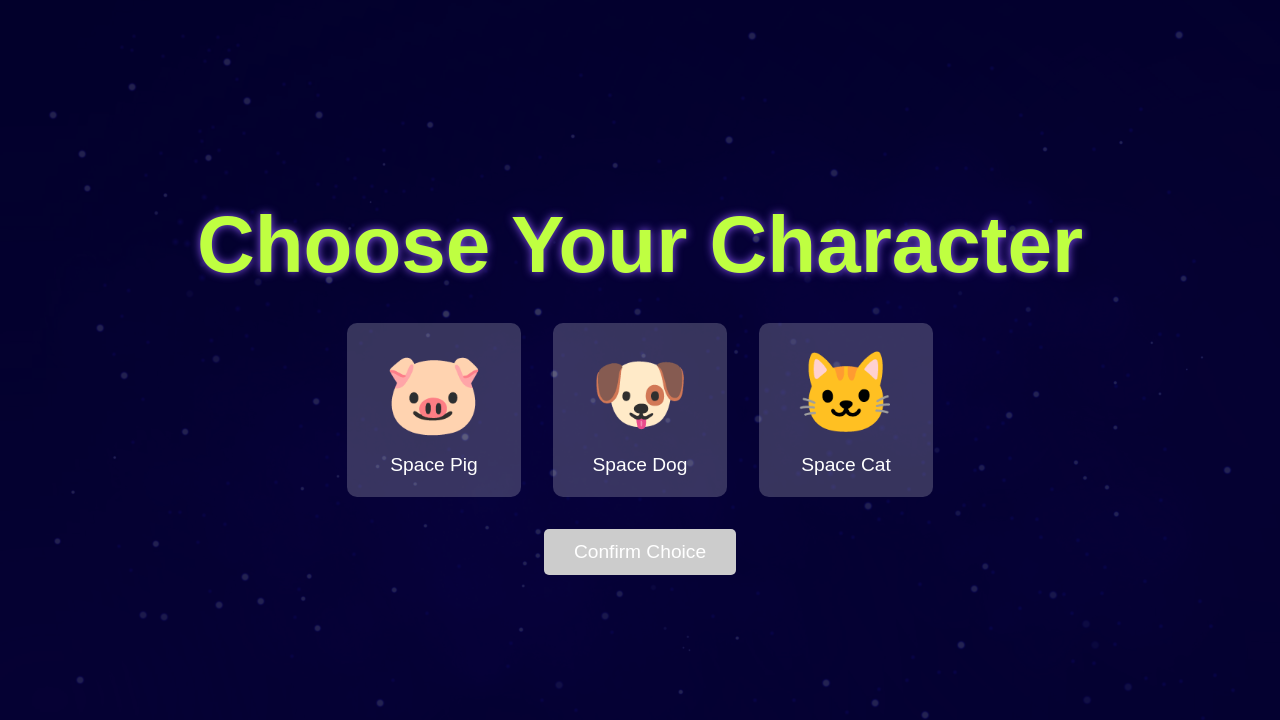
Repository: brunaguarizo/SpaceFarm
Page: index.html
An editor plug-in stored every save of this project. The page is shown before and after the next save, followed by the edit.
The browser window is 1280 px wide. The pictures show the whole page.
Some web fonts or font styles are not loaded; a fallback is used.

Above is the page before, as saved 2025-04-24 11:15:20.

After the next save:
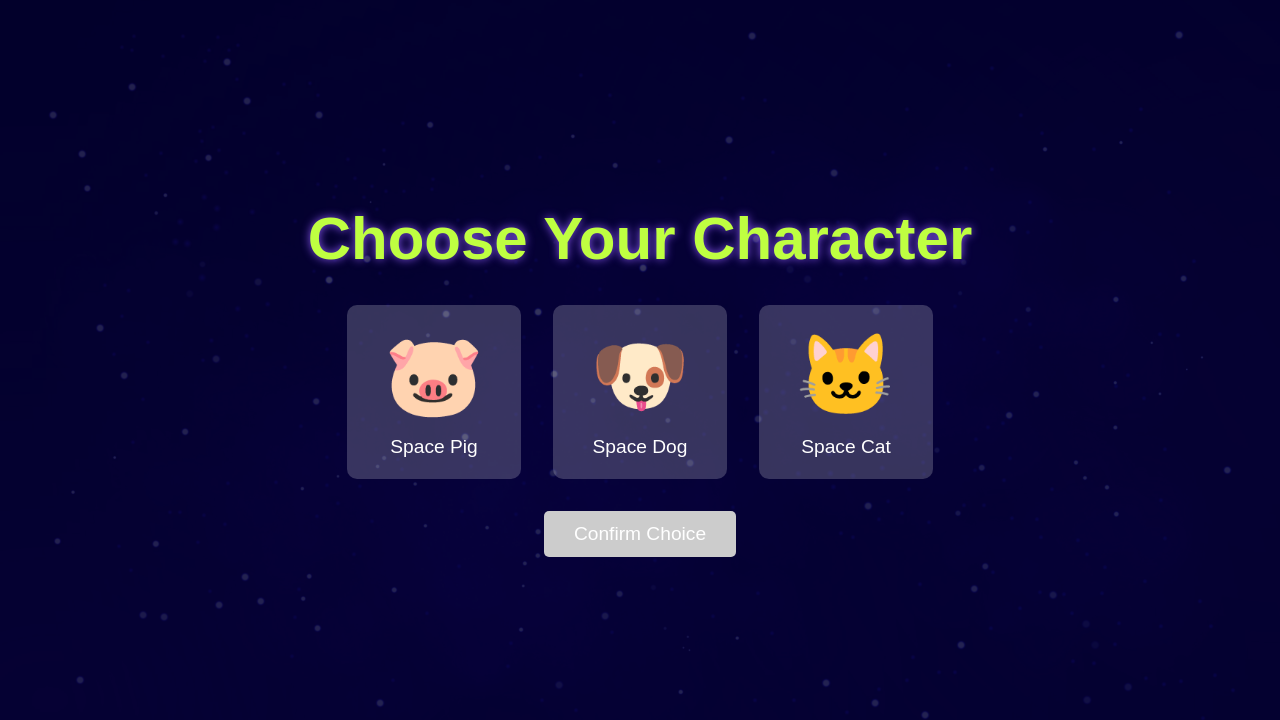
Saved 5 s later.
--- a/styles.css
+++ b/styles.css
@@ -248,7 +248,7 @@
 /* --------------------------- variables  --------------------------- */
 :root {
     --font-family: "Ranchers", sans-serif;
-    --header: 80px;
+    --header: 60px;
     --text: 16px;
 
     --light-green: #bfff41;

After the save that followed:
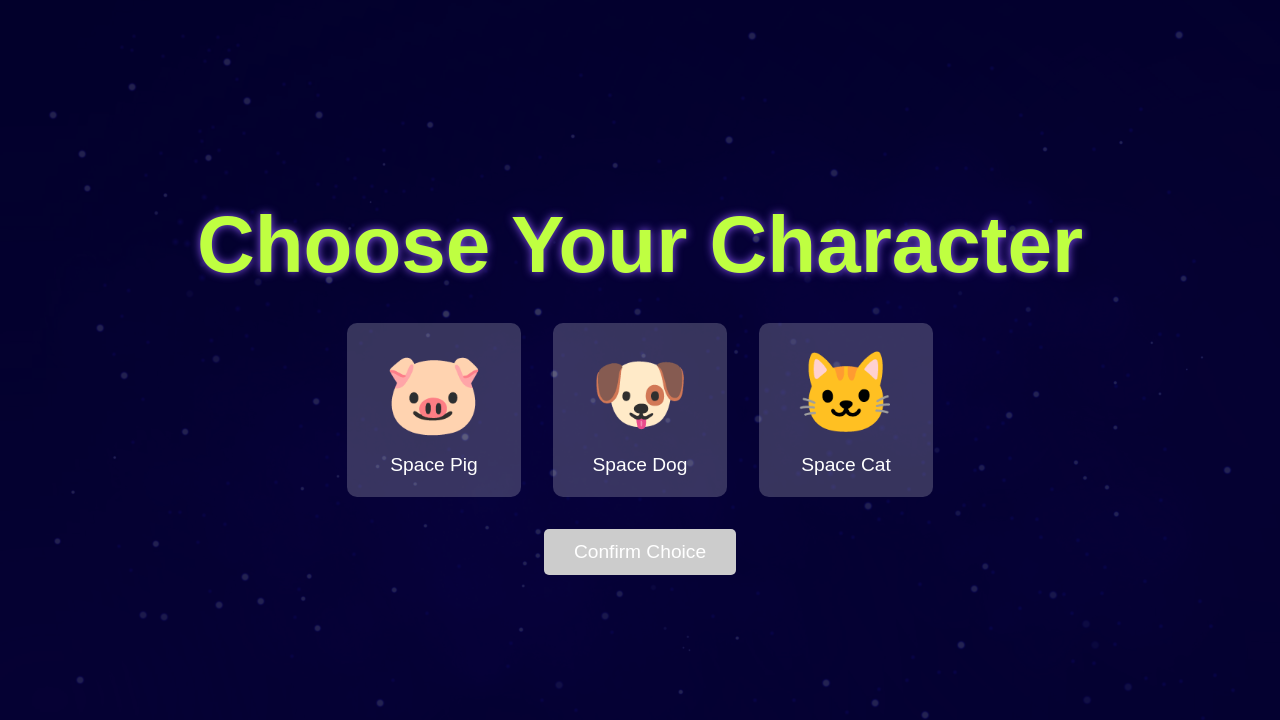
Saved 5 s later.
--- a/styles.css
+++ b/styles.css
@@ -248,7 +248,7 @@
 /* --------------------------- variables  --------------------------- */
 :root {
     --font-family: "Ranchers", sans-serif;
-    --header: 60px;
+    --header: 80px;
     --text: 16px;
 
     --light-green: #bfff41;
